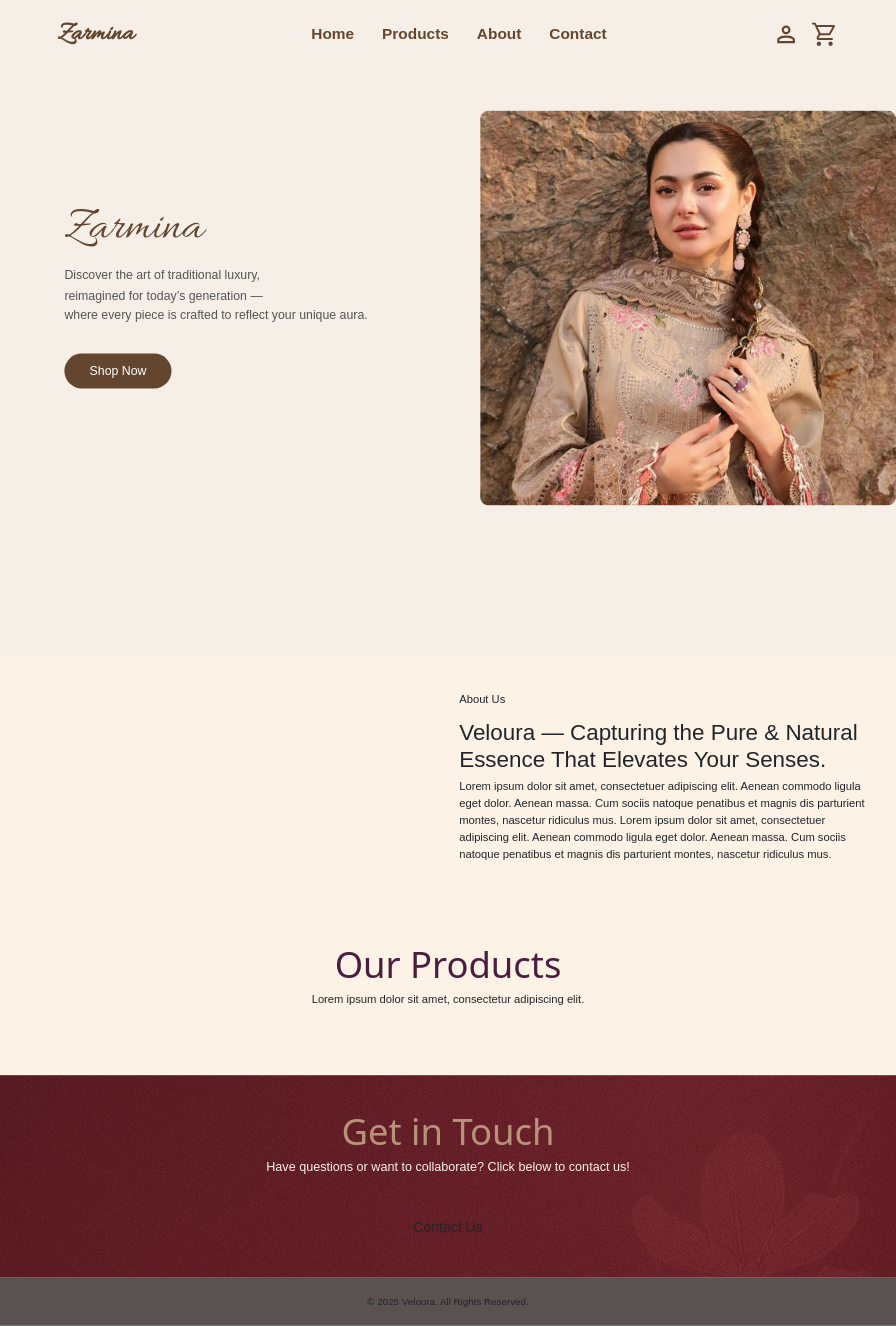
Repository: ayeshatehreem77/Clothing-store
Page: / (app in perfumes-app/)
The author's editor kept a copy of each file at every save. The page is drawn from the files as they stood at one save, then again after the next save.
The browser window is 1280 px wide. The pictures show the whole page, at 70% of full size.
Pictures or frames that could not be fetched are drawn as grey boxes. The page's requests for data from a server got no answer. Some web fonts or font styles are not loaded; a fallback is used. The project was rebuilt for these pictures with package versions that can differ from the ones it lists, and the page was loaded fresh each time. No one was signed in, and anything a server would have sent is missing. Also part of the build but not shown: perfumes-app/src/components/Alert.js.

Above is the page before, as saved 2025-10-29 00:25:00.

After the next save:
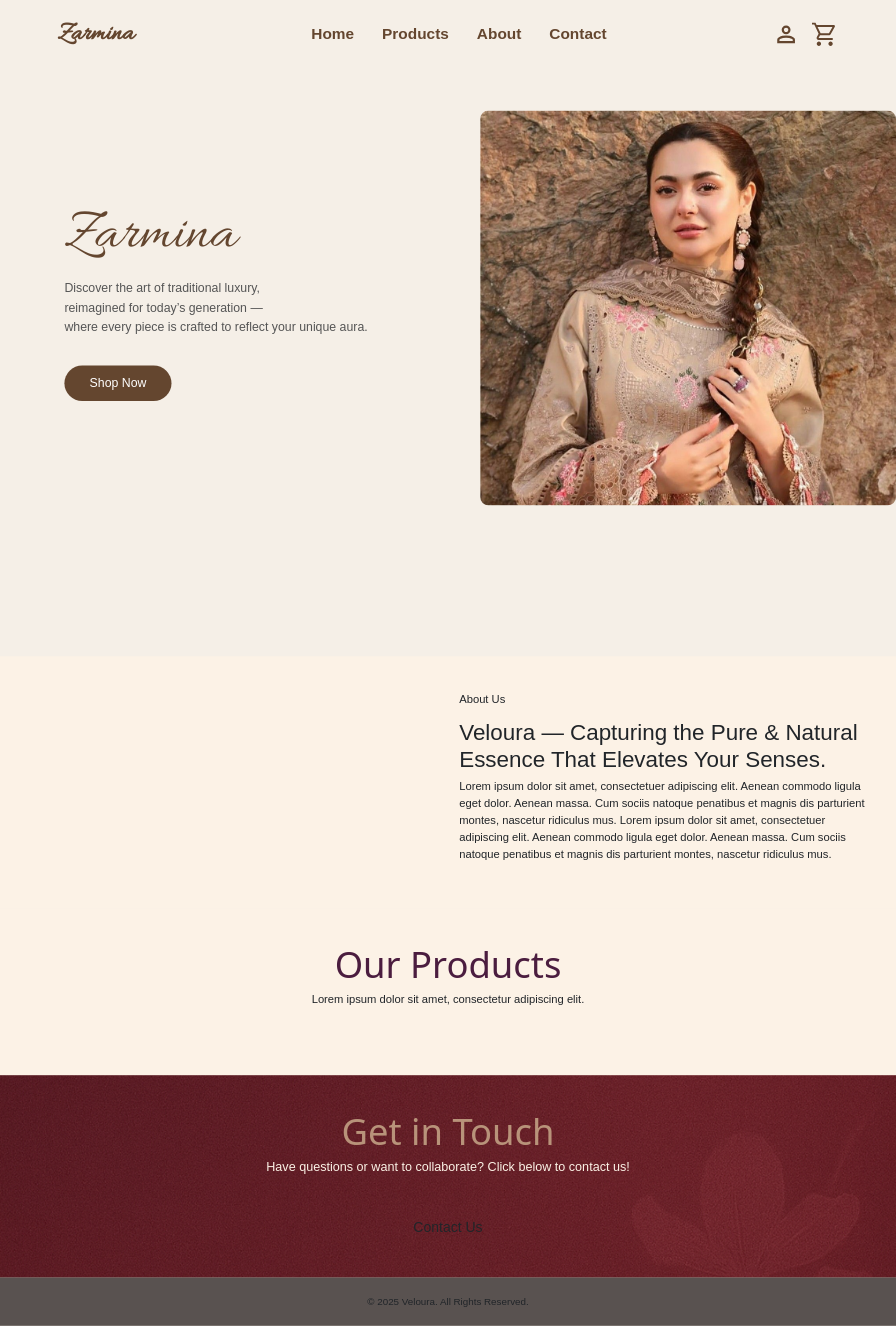
Saved 20 h 55 min later.
--- a/perfumes-app/src/App.css
+++ b/perfumes-app/src/App.css
@@ -113,7 +113,7 @@ button.navbar-toggler {
   font-family: "Allura", cursive;
   font-weight: 400;
   font-style: normal;
-  font-size: 4.2rem;
+  font-size: 5.2rem;
   color: #64462F;
   line-height: 1.1;
 }
